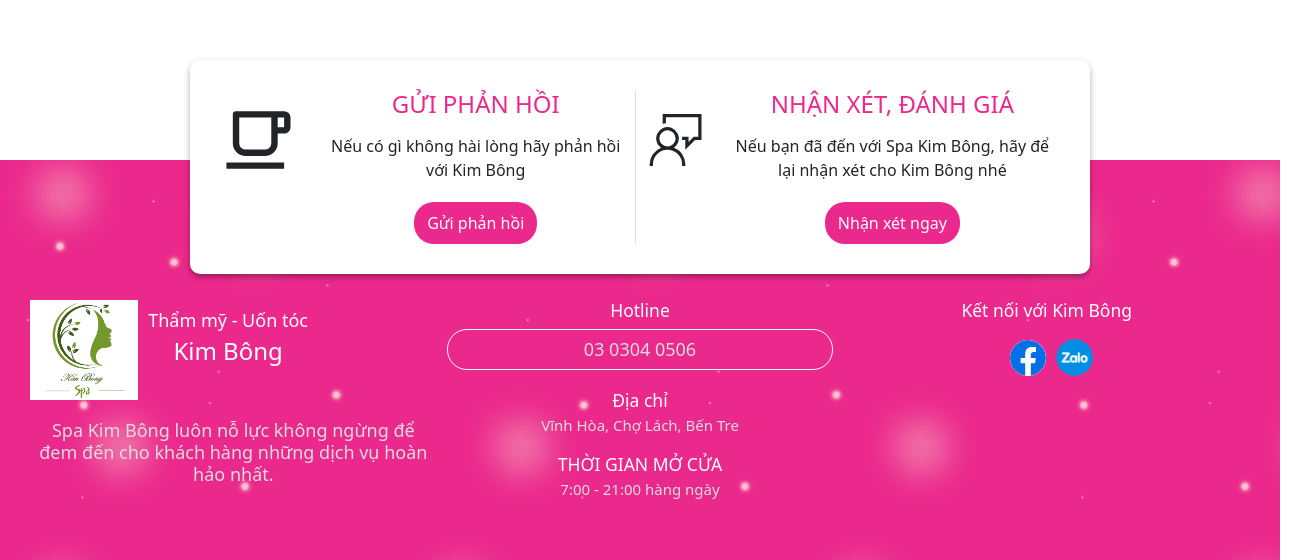
Repository: tranduykhuong/SpaKimBong
Page: /about
The author's editor kept a copy of each file at every save. The page is drawn from the files as they stood at one save, then again after the next save.
The browser window is 1280 px wide. The page is 1302 px wide, so the pictures cover 1302 px, including what lies to the right of the window. The pictures show the part of the page from y = 2229 to 2829 px (the page is 2789 px tall before and 2829 px after).
The project was rebuilt for these pictures with package versions that can differ from the ones it lists, and the page was loaded fresh each time. Also part of the build but not shown: src/components/Header/Slider/slider.scss, src/components/Header/Slider/Slider.js, src/components/Header/ListImage/listImage.scss, src/components/Header/ListImage/ListImage.js, src/pages/Home/home.scss, src/pages/Home/ListImage/listImage.scss, src/pages/Home/ListImage/ListImage.js, src/pages/Home/BookOnline/bookOnl.scss and 6 more.

Above is the page before, as saved 2022-06-03 14:37:03.

### src/App.js
import "./App.css";
import Header from "./components/Header/Header";
import Home from "./pages/Home/Home";
import "bootstrap/dist/css/bootstrap.min.css";
import { Route, Routes } from "react-router-dom";
import About from "./pages/About/About";

function App() {
  return (
    <div className="App">
      <Header />
      <Routes>
        <Route path="/" element={<Home />} />
        <Route path="/about" element={<About />} />
      </Routes>
    </div>
  );
}

export default App;

### src/components/Header/Header.js
import React, { useEffect, useState } from "react";
import "./header.scss";
import { BsSearch, BsFacebook } from "react-icons/bs";
import { BiPhoneCall } from "react-icons/bi";
import Slider from "./Slider/Slider";
import ListImage from "./ListImage/ListImage";
import { Link, useLocation } from "react-router-dom";

function Header() {
  const path = useLocation().pathname;
  const [fixedNavbar, setFixedNavbar] = useState(false);

  useEffect(() => {
    // set fixed navbar
    const handleScroll = () => {
      if (window.scrollY < 1) {
        setFixedNavbar(true);
      }

      if (window.scrollY > 170) setFixedNavbar(true);
      else setFixedNavbar(false);
    };

    window.addEventListener("scroll", handleScroll);

    // cleanup function
    return () => {
      window.removeEventListener("scroll", handleScroll);
    };
  }, []);

  return (
    <div className="header">
      <div className={"infor " + (fixedNavbar ? "mg-navbar" : "")}>
        <div className="logo">
          <img src="../../img/logoSpa.png" alt="" />
          <div className="nameSpa">
            <h4>Thẩm mỹ - Uốn tóc</h4>
            <h2>Kim Bông</h2>
          </div>
        </div>

        <div className="search">
          <input type="text" placeholder="Tìm kiếm sản phẩm/ bài viết ..." />
          <a className="icon">
            <BsSearch className="iconSearch" />
          </a>
        </div>

        <div className="contact">
          <a href="/" className="icon">
            <BsFacebook className="iconFacebook" />
          </a>
          <a href="/" className="icon">
            <img src="../../img/Zalo.png" alt="" className="iconZalo" />
          </a>

          <div className="phone">
            <BiPhoneCall className="iconPhone" />
            <h3>03 0304 0506</h3>
          </div>
        </div>
      </div>
      <div className={"myNavbar " + (fixedNavbar ? "fixedNavbar" : "")}>
        <div className="navbarContent">
          <ul className="navbarList">
            <li className={path === "/" ? "active" : ""}>
              <Link to="/">TRANG CHỦ</Link>
            </li>
            <li className={path === "/about" ? "active" : ""}>
              <Link to="/about">GIỚI THIỆU</Link>
            </li>
            <li className={path === "/skin" ? "active" : ""}>
              <Link to="/">CHĂM SÓC DA</Link>
            </li>
            <li className={path === "/acne" ? "active" : ""}>
              <Link to="/">TRỊ MỤN</Link>
            </li>
            <li className={path === "/open-time" ? "active" : ""}>
              <Link to="/">LỊCH MỞ CỬA</Link>
            </li>
          </ul>
        </div>
      </div>
      {/* <Slider /> */}
      {/* <ListImage /> */}
    </div>
  );
}

export default Header;

### src/pages/About/About.js
import "./About.scss";
import React from "react";
import Footer from "./../../components/Footer/Footer";

const About = () => {
  return (
    <div>
      <div className="container1">
        <div className="container-image"></div>

        <div className="container-background-content">
          <div className="container-content">
            <div className="content-left">
              <div className="title">
                <h1>
                  HIỀN VÂN SPA XUẤT PHÁT TỪ NIỀM ĐAM MÊ & KẾT QUẢ CỦA SỰ NỖ LỰC
                </h1>
              </div>
              <div className="box">
                <div className="box-content-img">
                  <div className="image">
                    <img
                      width={200}
                      height={100}
                      src="https://i.pinimg.com/originals/2c/84/5a/2c845a66b8ad2a8aafd288bdc16cd459.jpg"
                    ></img>
                  </div>
                  <div className="content">
                    <p>
                      Hiền cảm thấy vô cùng tự hào khi spa của mình đã nhận được
                      sự tin tưởng của hàng chục nghìn khách hàng khu vực TPHCM
                      và nhiều tỉnh thành lân cận. Thậm chí nhiều bạn không quản
                      ngại đường xá xa xôi, di chuyển từ tận miền Trung, miền
                      Bắc đến điều trị.
                    </p>
                  </div>
                </div>
                <div className="box-content">
                  <div className="content">
                    <p>
                      Hiền Vân Spa cũng may mắn nhận được sự ủng hộ và chung tay
                      của nhóm thiện nguyện Golden Heart đến từ các mạnh thường
                      quân tại nước ngoài như Mỹ, Anh, Australia, Israel,… Họ
                      biết đến Hiền Vân thông qua kênh Youtube. Golden Heart cảm
                      thấy đồng cảm với những khách hàng bị mụn nặng nhưng điều
                      kiện kinh tế khó khăn. Vì vậy họ quyết định đồng hành và
                      tài trợ miễn phí 100%. Tất cả các ca điều trị mụn miễn phí
                      do Golden Heart tài trợ đều được nhận thẻ bảo hành vĩnh
                      viễn, chăm sóc da định kỳ hàng tháng, cam kết mụn không
                      tái phát. Tính đến năm 2021, Hiền Vân Spa cùng quỹ Golden
                      Heart đã hỗ trợ cho hơn 100 ca điều trị mụn hoàn toàn miễn
                      phí, giúp họ tự tin hơn trong cuộc sống với một diện mạo
                      mới.
                    </p>
                  </div>
                </div>

                <div className="box-content">
                  <div className="content">
                    <p>
                      Hiền hiểu rằng, chi phí là vấn đề khách hàng vô cùng quan
                      tâm, nhưng thay vì đi theo cách thức giảm giá sâu như các
                      thương hiệu khác, Hiền tập trung nâng cao chất lượng, giúp
                      khách hàng điều trị các vấn đề da an toàn, hiệu quả trong
                      thời gian ngắn nhất và duy trì kết quả bền vững nhất. Điều
                      này gián tiếp giúp khách hàng tiết kiệm được chi phí. Bạn
                      có thể chỉ bỏ ra 99K, 199K để điều trị mụn giá rẻ tại các
                      cơ sở khác nhưng mụn không giảm, thậm chí viêm nhiễm, lây
                      lan bởi lẽ “tiền nào của đó”. 1 liệu trình “hời hợt” không
                      đủ để giúp bạn giải quyết triệt để các vấn đề da.
                    </p>
                  </div>
                </div>
              </div>
            </div>
            <div className="image-right">
              <div className="image-box">
                <img
                  width={534}
                  height={800}
                  src="https://cdn.hienvanspa.com/uploads/2021/03/do-thu-hien-foulder-hienvanspa.png"
                ></img>
              </div>
            </div>
          </div>
        </div>

        <div className="container-background-founder">
          <div className="box-founder">
            <div className="founder-left"></div>
            <div className="info-founder">
              <div className="text-info">
                <h2>
                  <strong>nhà sáng lập</strong>
                </h2>
                <h3>
                  <span>Chuyên gia Đỗ Thu Hiền</span>
                </h3>
                <p>
                  Được mệnh danh là Bàn tay vàng trị mụn với kinh nghiệm hơn 20
                  năm trong nghề. Tính đến thời điểm hiện tại, Chuyên gia Đỗ Thu
                  Hiền đã tiếp nhận và điều trị thành công cho hàng chục ngàn
                  khách hàng trên khắp cả nước, giúp họ sở hữu ngoại hình đẹp để
                  tự tin trong cuộc sống.Bên cạnh đó, Chuyên gia Đỗ Thu Hiền
                  cũng đào tạo cho hơn 100 học viên tại Hiền Vân Academy, mang
                  lại cho họ cơ hội việc làm tốt, trở thành kỹ thuật viên, chủ
                  spa giỏi.
                </p>
              </div>
            </div>
          </div>
        </div>

        <div className="container-bg-future-orientation">
          <div className="container-future-orientation">
            <div className="future-orientation-left"></div>
            <div className="future-orientation-right"></div>
          </div>
        </div>
      </div>

      <Footer />
    </div>
  );
};

export default About;

### src/components/Header/header.scss
$height-navbar: 5rem;

.header {
    .mg-navbar {
        margin-bottom: $height-navbar;
    }

    .infor {
        max-width: 1200px;
        padding: .6rem 0;
        display: flex;
        justify-content: space-between;

        .logo {
            display: flex;
            flex: 1;

            img {
                height: 10rem;
            }

            .nameSpa {
                color: #eb288c;
                margin: auto 0;

                h4 {
                    font-size: 1.8rem;
                    font-weight: 500;
                }

                h2 {
                    font-size: 2.4rem;
                }
            }
        }


        .search {
            margin: auto 0;
            border-radius: 50px;
            border: solid .1rem #eb288c;
            height: 37px;
            display: flex;

            input {
                font-size: 1.4rem;
                margin: auto 16px;
                min-width: 26rem;
                border: none;
                outline: none;
            }

            .icon {
                margin: auto 10px;
                cursor: pointer;
            }

            .iconSearch {
                width: 1.8rem;
                height: 1.8rem;
                color: #eb288c;

                &:hover {
                    color: #f867b2;
                }
            }
        }

        .contact {
            display: flex;
            margin-left: 20px;

            .icon {
                margin: auto 0;
                margin-left: 10px;

            }

            .iconFacebook {
                width: 2.8rem;
                height: 2.8rem;
                color: rgba($color: #0570e6, $alpha: 1.0);
            }

            .iconZalo {
                width: 2.8rem;
                height: 2.8rem;
                border-radius: 50%;
            }

            .phone {
                margin: auto 0;
                margin-left: 20px;
                display: flex;

                .iconPhone {
                    width: 2.6rem;
                    height: 2.6rem;
                }

                h3 {
                    font-size: 1.4rem;
                    font-weight: 500;
                    margin: auto 4px;
                }
            }

        }
    }

    .fixedNavbar {
        position: fixed;
        top: 0;
        left: 0;
        z-index: 50;
        width: 100%;
        animation: fixedNavbar 1s forwards;
    }

    @keyframes fixedNavbar {
        from {
            top: -5rem;
            opacity: 0;
        }

        to {
            top: 0;
            opacity: 1;
        }
    }

    .myNavbar {
        height: $height-navbar;
        background-color: #eb288c;

        .navbarContent {
            max-width: 1200px;
            margin: 0 auto;

            .navbarList {
                display: flex;
                margin: 0 1rem;
                // justify-content: space-evenly;

                li {
                    list-style: none;

                    a {
                        line-height: $height-navbar;
                        height: $height-navbar;
                        display: block;
                        color: #fff;
                        font-size: 1.6rem;
                        font-weight: 600;
                        text-decoration: none;
                        padding: 0 2rem;
                    }

                    &:hover {
                        background-color: #f844a1;
                        cursor: pointer;
                    }
                }

                .active {
                    background-color: #dd0876;
                }
            }
        }
    }
}

### src/components/Footer/Footer.js
import React, { useEffect } from "react";
import "./footer.scss";
import { BsFacebook } from "react-icons/bs";
import { RiCupLine } from "react-icons/ri";
import { VscFeedback } from "react-icons/vsc";

const Footer = () => {
  return (
    <div className="footer">
      <div className="logo">
        <div className="info">
          <img src="../../img/logoSpa.png" alt="" />
          <div className="nameSpa">
            <h4>Thẩm mỹ - Uốn tóc</h4>
            <h2>Kim Bông</h2>
          </div>
        </div>

        <h5>
          Spa Kim Bông luôn nỗ lực không ngừng để đem đến cho khách hàng những
          dịch vụ hoàn hảo nhất.
        </h5>
      </div>

      <div className="address">
        <h3>Hotline</h3>
        <div className="hotline">03 0304 0506</div>
        <h3>Địa chỉ</h3>
        <h4>Vĩnh Hòa, Chợ Lách, Bến Tre</h4>
        <h3>THỜI GIAN MỞ CỬA</h3>
        <h4>7:00 - 21:00 hàng ngày</h4>
      </div>
      <div className="contact">
        <h3>Kết nối với Kim Bông</h3>
        <a href="/" className="icon">
          <BsFacebook className="iconFacebook" />
        </a>
        <a href="/" className="icon">
          <img src="../../img/Zalo.png" alt="" className="iconZalo" />
        </a>
      </div>

      <div className="subFooter">
        <div className="report">
          <RiCupLine className="icon" />
          <div>
            <h3>Gửi phản hồi</h3>
            <p>Nếu có gì không hài lòng hãy phản hồi với Kim Bông</p>
            <div className="btn">Gửi phản hồi</div>
          </div>
        </div>
        <div className="feedback">
          <VscFeedback className="icon" />
          <div>
            <h3>Nhận xét, Đánh giá</h3>
            <p>
              Nếu bạn đã đến với Spa Kim Bông, hãy để lại nhận xét cho Kim Bông
              nhé
            </p>
            <div className="btn">Nhận xét ngay</div>
          </div>
        </div>
      </div>
    </div>
  );
};

export default Footer;

### src/pages/About/About.scss
.container1 {
  .container-image {
    width: 100%;
    height: 400px;
    // padding: 5rem;
    // display: flex;
    align-items: center;
    justify-content: center;
    background-image: url("https://i.pinimg.com/originals/2c/84/5a/2c845a66b8ad2a8aafd288bdc16cd459.jpg");
  }
  .container-background-content {
    background-image: url("https://i.pinimg.com/originals/2c/84/5a/2c845a66b8ad2a8aafd288bdc16cd459.jpg");

    .container-content {
      display: flex;
      width: 100%;
      background-color: rgba(255, 255, 255, 0.85);

      .content-left {
        width: 60%;
        padding: 0 35px 30px;
        margin-left: 100px;
        text-align: left;

        .title {
          margin: 30px 0;
          h1 {
            font-size: 3rem;
            font-weight: bolder;
            line-height: 1.6;
          }
        }

        .box {
          .box-content-img {
            background-color: #eb288c;
            border-radius: 37px;
            margin-bottom: 30px;
            .image {
              padding: 20px 20px 0 20px;

              img {
                width: 100%;
                height: 200px;
              }
            }

            .content {
              padding: 0 20px 30px 20px;

              p {
                font: 16px Roboto, sans-serif;
                text-align: justify;
                line-height: 1.6;
                color: white;
                font-weight: 500;
              }
            }
          }

          .box-content {
            background-color: #eb288c;
            border-radius: 37px;
            margin-bottom: 30px;

            .content {
              padding: 20px 20px 30px 20px;

              p {
                font: 16px Roboto, sans-serif;
                text-align: justify;
                line-height: 1.6;
                color: white;
                font-weight: 500;
              }
            }
          }
        }
      }

      .image-right {
        width: 40%;
        .image-box {
          padding: 400px 0px 0px;
          img {
            padding: 0 100px 30px 30px;
          }
        }
      }
    }
  }
  .container-background-founder {
    background-image: url("https://i.pinimg.com/originals/2c/84/5a/2c845a66b8ad2a8aafd288bdc16cd459.jpg");

    .box-founder {
      display: flex;
      width: 100%;

      .founder-left {
        width: 55%;
      }

      .info-founder {
        width: 45%;
        text-align: left;
        .text-info {
          padding: 0 30px 30px;
          margin: 30px 0 30px;

          h2 {
            text-transform: uppercase;
            font-family: Roboto, sans-serif;
            font-size: 40px;
            letter-spacing: 0.05em;
            margin: 0 0 13px;
            color: #be8c28;
          }
          h3 {
            font-family: Roboto, sans-serif;
            font-size: 30px;
            font-weight: bold;
            letter-spacing: 0.05em;
            margin: 0 0 10px;
            color: white;
          }
          p {
            font-family: Roboto, sans-serif;
            font-size: 16px;
            margin: 0 0 21px;
            color: white;
            line-height: 1.6;
            padding-right: 120px;
          }
        }
      }
    }
  }

  .container-bg-future-orientation{

    .container-future-orientation{
      display: flex;
      width: 100%;

      .future-orientation-left{
        width: 41.6666666667%;
      }

      .future-orientation-right{
        width: 59.3333333333%;
      }
    }
  }
}

### src/components/Footer/footer.scss
$title-color: #fff;

.footer {
    background-image: url(../../../public/img/sparkle1.png), url(../../../public/img/sparkle2.png);
    width: 100%;
    height: 400px;
    background-color: #eb288c;
    animation: sparkle 60s linear infinite;
    padding: 14rem 3rem 0;
    display: flex;
    justify-content: space-around;
    position: relative;
    margin-top: 16rem;

    .logo {
        flex: 1;

        .info {
            display: flex;

            img {
                height: 10rem;
            }

            .nameSpa {
                color: $title-color;
                margin: 1rem;

                h4 {
                    font-size: 1.8rem;
                    font-weight: 500;
                }

                h2 {
                    font-size: 2.4rem;
                }
            }
        }

        h5 {
            margin: 2rem .6rem;
            font-size: 1.8rem;
            font-weight: 400;
            color: #ddd;
        }
    }

    .contact {
        flex: 1;

        h3 {
            margin-bottom: 1.8rem;
            color: $title-color;
        }

        .icon {
            margin: auto 0;
            margin-left: 10px;

        }

        .iconFacebook {
            width: 3.6rem;
            height: 3.6rem;
            color: rgba($color: #0570e6, $alpha: 1.0);
            background-color: $title-color;
            border-radius: 50%;
        }

        .iconZalo {
            width: 3.7rem;
            height: 3.7rem;
            border-radius: 50%;
        }
    }

    .address {
        color: #ddd;
        flex: 1;

        h3 {
            // margin-bottom: 2rem;
            color: $title-color;
        }

        h4 {
            margin-bottom: 2rem;
        }

        .hotline {
            padding: .6rem;
            font-size: 1.8rem;
            margin: .8rem 1rem 2rem;
            border: 1px solid $title-color;
            border-radius: 2rem;

            &:hover {
                color: $title-color;
                cursor: pointer;
            }
        }
    }

    @keyframes sparkle {
        0% {
            background-position: 0px 0px, 0px 0px, 0px 0px;
        }

        100% {
            background-position: -500px -1000px, -400px -400px, 300px 300px;
        }
    }

    .subFooter {
        width: 100%;
        max-width: 90rem;
        min-height: 20rem;
        box-shadow: 0 3px 6px -4px rgba(0, 0, 0, 0.2), 0 3px 6px rgba(0, 0, 0, 0.3);

        background-color: #fff;
        border-radius: 1rem;
        z-index: 50;
        top: -10rem;
        left: 50%;
        transform: translateX(-50%);
        position: absolute;
        display: flex;
        padding: 3rem;
        justify-content: space-around;

        .report,
        .feedback {
            display: flex;
            flex: 1;
            justify-content: center;

            h3 {
                text-transform: uppercase;
                font-size: 2.4rem;
                color: #eb288c;
            }

            p {
                font-size: 1.6rem;
                padding: 1rem;
            }

            .icon {
                height: 10rem;
                width: 10rem;
                margin-right: 2rem;
            }

            .btn {
                padding: 0.8rem 1.2rem;
                background-color: #eb288c;
                border-radius: 2rem;
                font-size: 1.6rem;
                color: #fff;

                &:hover {
                    background-color: #cc1574;
                }
            }
        }

        .report {
            border-right: 1px solid #ddd;
        }

        .feedback {
            margin-left: 1rem;
        }
    }
}

Loaded but not shown: public/index.html (common file); src/index.js (common file); src/index.css (common file); src/reportWebVitals.js (common file); src/App.css (common file)

After the next save:
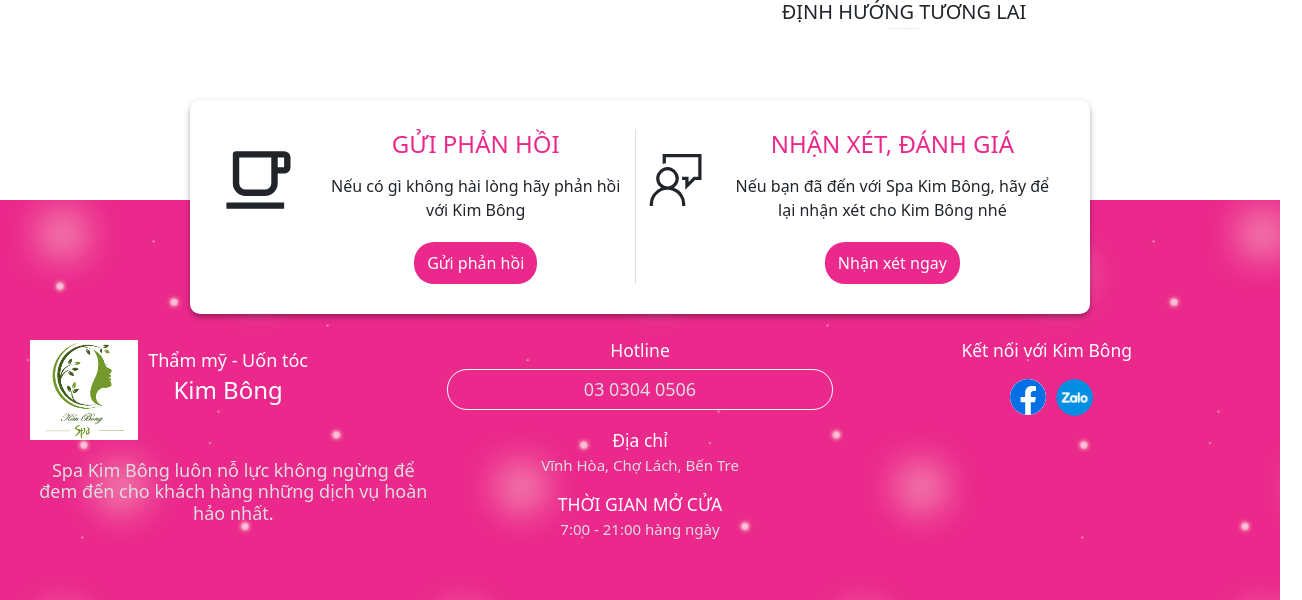
Saved 61 s later.
--- a/src/pages/About/About.js
+++ b/src/pages/About/About.js
@@ -114,7 +114,16 @@ const About = () => {
         <div className="container-bg-future-orientation">
           <div className="container-future-orientation">
             <div className="future-orientation-left"></div>
-            <div className="future-orientation-right"></div>
+            <div className="future-orientation-right">
+              <h2>ĐỊNH HƯỚNG TƯƠNG LAI</h2>
+              <p>
+                Trước mắt, trong năm 2021, Hiền sẽ mở thêm chi nhánh tại khu vực
+                trung tâm thành phố Hồ Chí Minh để khách hàng thuận tiện hơn
+                trong quá trình đến thăm khám và điều trị. Mục tiêu 5 năm tới,
+                Hiền sẽ phát triển thành chuỗi spa với nhiều chi nhánh ở các
+                quận nội thành và một số tỉnh khu vực miền Tây.
+              </p>
+            </div>
           </div>
         </div>
       </div>
